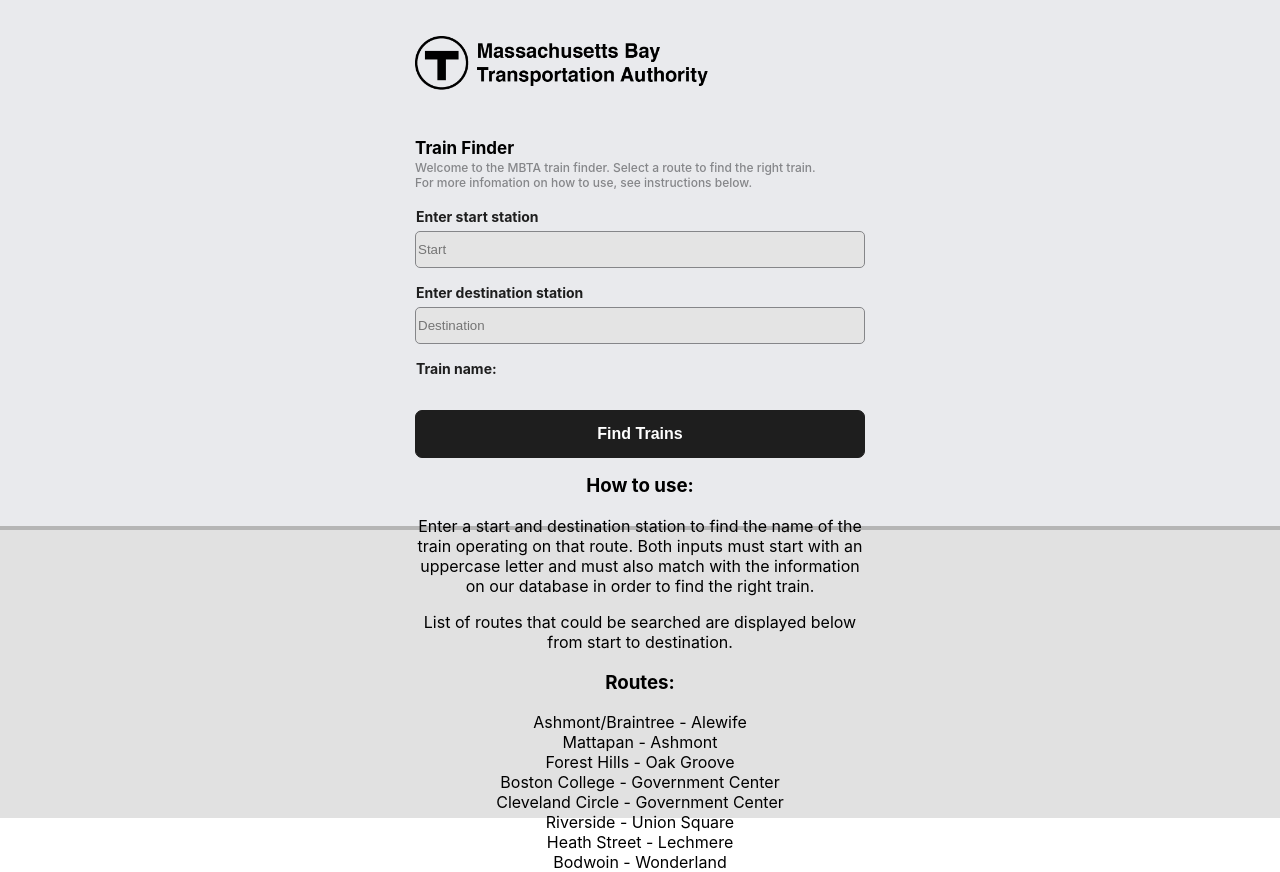
Repository: jumadesigns/mbta-train-finder
Page: / (app in mbta-app/)
The author's editor kept a copy of each file at every save. The page is drawn from the files as they stood at one save, then again after a run of saves.
The browser window is 1280 px wide. The pictures show the whole page.
The page's requests for data from a server got no answer. The project was rebuilt for these pictures with package versions that can differ from the ones it lists, and the page was loaded fresh each time. No one was signed in, and anything a server would have sent is missing.

Above is the page before, as saved 2022-09-26 22:01:44.

After the next 2 saves:
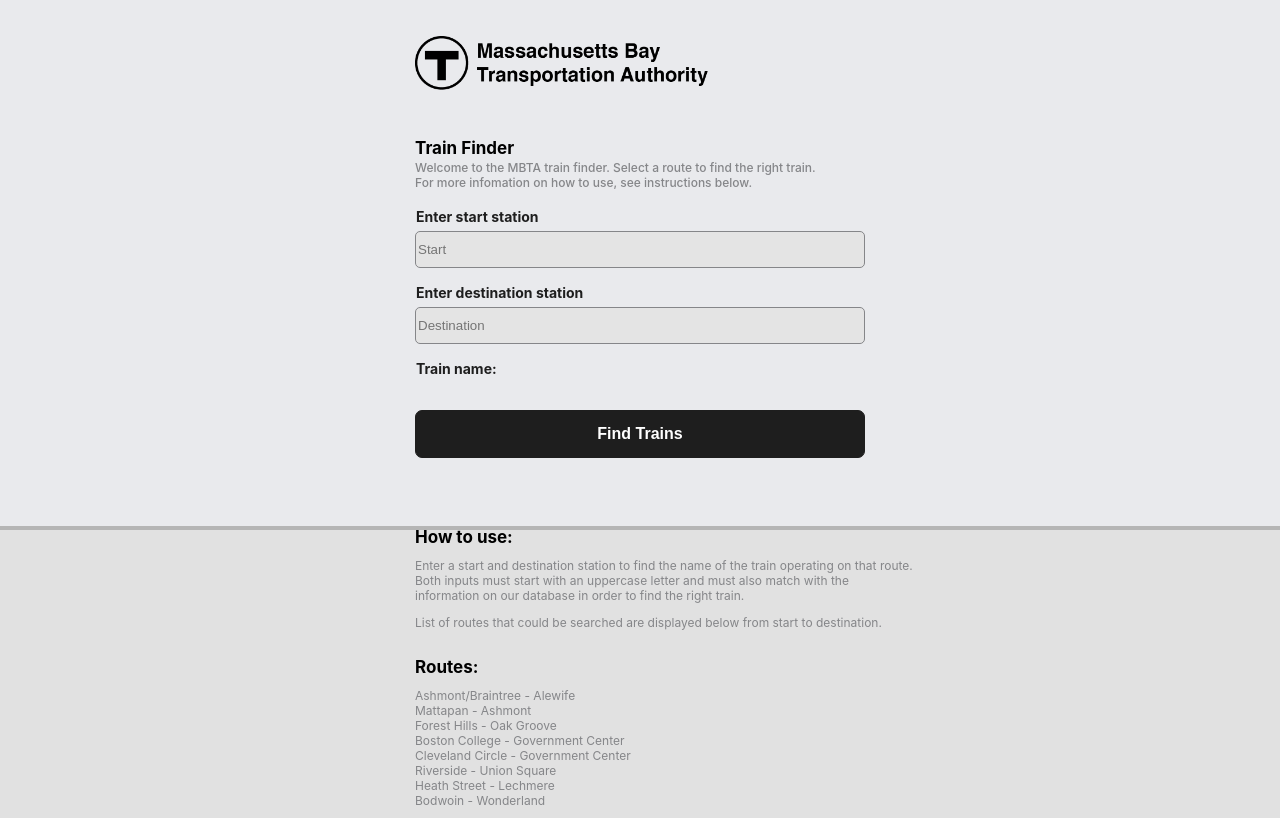
The 2 saves are shown as one change because they came seconds apart.
The last was saved 9 s later.
--- a/mbta-app/src/index.css
+++ b/mbta-app/src/index.css
@@ -130,7 +130,7 @@
   height: 400px;
   width: 450px;
   margin-top: -5vh;
-  /*background-color: blue;
+  /*background-color: blue;*/
 }
 
 .bottom-section-title-1 {
